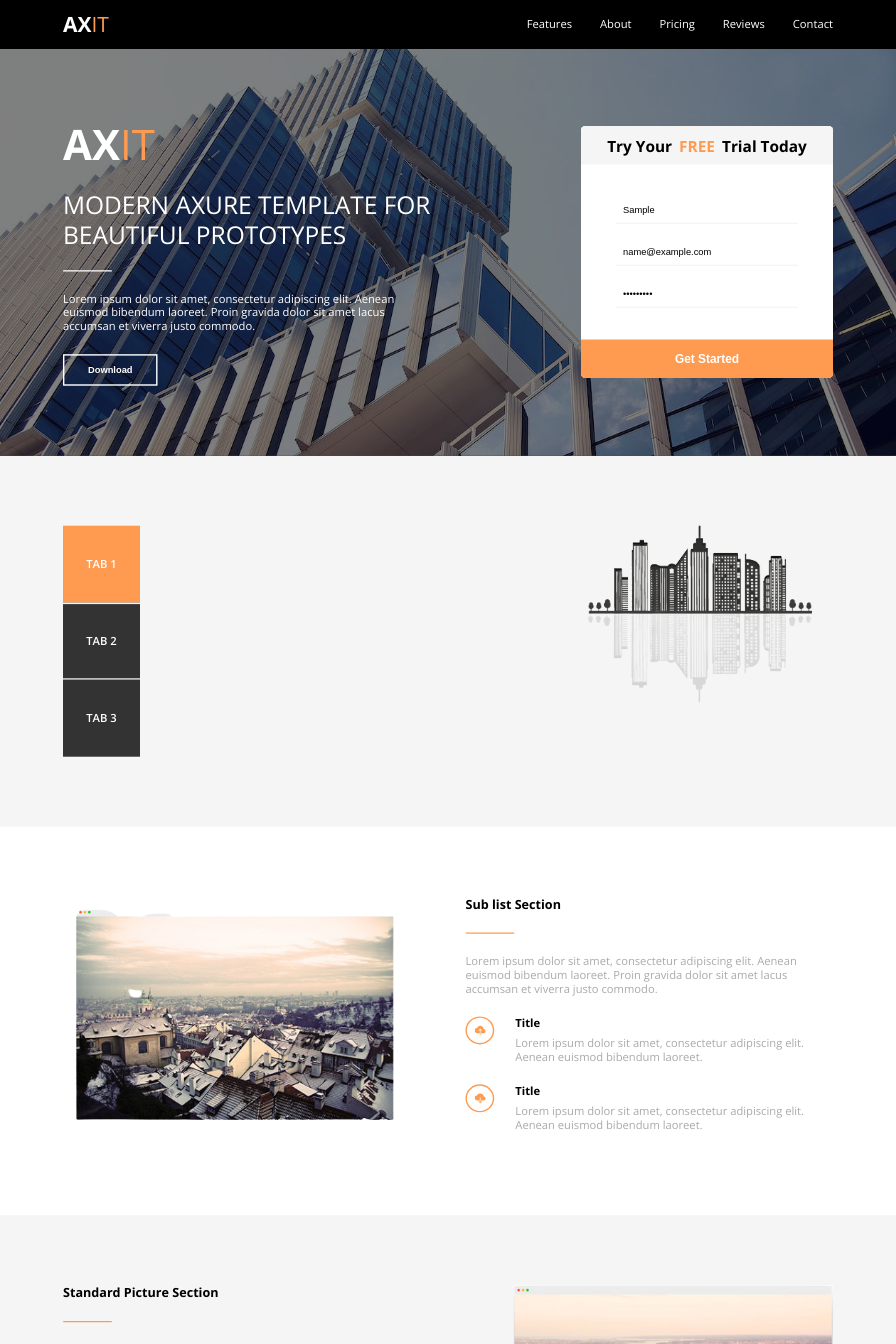
Repository: dinhtri123/axureThems
Page: index.html
An editor plug-in stored every save of this project. The page is shown before and after the next save, followed by the edit.
The browser window is 1280 px wide. The pictures show the part of the page from y = 0 to 1920 px (the page is 3894 px tall), at 70% of full size.
Empty fields were first filled with sample values (such as "Sample", 5 or name@example.com).
After loading, the first visible `span.tabs` was clicked once.

Above is the page before, as saved 2023-02-11 17:43:38.
Console error: TypeError: Cannot read properties of undefined (reading 'style')

### index.html
<!DOCTYPE html>
<html lang="en">
  <head>
    <meta charset="UTF-8" />
    <meta http-equiv="X-UA-Compatible" content="IE=edge" />
    <meta name="viewport" content="width=device-width, initial-scale=1.0" />
    <title>Axure Themes</title>
    <script
      type="module"
      src="https://unpkg.com/ionicons@5.5.2/dist/ionicons/ionicons.esm.js"
    ></script>
    <script
      nomodule
      src="https://unpkg.com/ionicons@5.5.2/dist/ionicons/ionicons.js"
    ></script>
    <link rel="stylesheet" href="style.css" />
  </head>
  <body>
    <header>
      <div class="container headerMain">
        <a href="index.html" class="logo">
          <span>AX</span>
          <span>IT</span>
        </a>
        <nav>
          <ul>
            <li><a href="#">Features</a></li>
            <li><a href="#">About</a></li>
            <li><a href="#">Pricing</a></li>
            <li><a href="#">Reviews</a></li>
            <li><a href="#">Contact</a></li>
          </ul>
        </nav>
      </div>
    </header>
    <div class="banner">
      <div class="imageBanner">
        <img src="./image/banner.jpeg" alt="" />
      </div>
      <div class="container bannerMain">
        <div class="bannerLeft">
          <a href="index.html" class="logo logoBanner">
            <span>AX</span>
            <span>IT</span>
          </a>
          <h3>MODERN AXURE TEMPLATE FOR BEAUTIFUL PROTOTYPES</h3>
          <span class="line"></span>
          <p>
            Lorem ipsum dolor sit amet, consectetur adipiscing elit. Aenean
            euismod bibendum laoreet. Proin gravida dolor sit amet lacus
            accumsan et viverra justo commodo.
          </p>
          <button class="btn">Download</button>
        </div>
        <div class="bannerRight">
          <form autocomplete="off" class="formBanner">
            <h3>Try Your <span>FREE</span> Trial Today</h3>
            <div class="inputForm">
              <input type="text" name="name" id="name" placeholder="Name" />
              <input type="email" name="email" id="email" placeholder="Email" />
              <input
                type="password"
                name="password"
                id="password"
                placeholder="Password"
              />
            </div>
            <button class="btnForm">Get Started</button>
          </form>
        </div>
      </div>
    </div>
    <main>
      <div class="mainTabs">
        <div class="container mainTabsContent">
          <div class="tabsLeft">
            <div class="tabsNumber">
              <span class="tabs active" onclick="showTab('tab1')">TAB 1</span>
              <span class="tabs" onclick="showTab('tab2')">TAB 2</span>
              <span class="tabs" onclick="showTab('tab3')">TAB 3</span>
            </div>
            <div class="tabsContent" id="tab1">
              <h3>Tabs with soft transitioning effect.</h3>
              <p>
                Lorem ipsum dolor sit amet, consectetur adipiscing elit. Aenean
                euismod bibendum laoreet. Proin gravida dolor sit amet lacus
                accumsan et viverra justo commodo. Proin sodales pulvinar
                tempor. Cum sociis natoque penatibus et magnis dis parturient
                montes.
              </p>
              <p>
                Lorem ipsum dolor sit amet, consectetur adipiscing elit. Aenean
                euismod bibendum laoreet.
              </p>
              <button class="btn btnTabs">Download</button>
            </div>
            <div class="tabsContent" id="tab2">
                <h3>Tabs 2 with soft transitioning effect.</h3>
                <p>
                  Lorem ipsum dolor sit amet, consectetur adipiscing elit. Aenean
                  euismod bibendum laoreet. Proin gravida dolor sit amet lacus
                  accumsan et viverra justo commodo. Proin sodales pulvinar
                  tempor. Cum sociis natoque penatibus et magnis dis parturient
                  montes.
                </p>
                <p>
                  Lorem ipsum dolor sit amet, consectetur adipiscing elit. Aenean
                  euismod bibendum laoreet.
                </p>
                <button class="btn btnTabs">Download</button>
              </div>
              <div class="tabsContent" id="tab3">
                <h3>Tabs 3 with soft transitioning effect.</h3>
                <p>
                  Lorem ipsum dolor sit amet, consectetur adipiscing elit. Aenean
                  euismod bibendum laoreet. Proin gravida dolor sit amet lacus
                  accumsan et viverra justo commodo. Proin sodales pulvinar
                  tempor. Cum sociis natoque penatibus et magnis dis parturient
                  montes.
                </p>
                <p>
                  Lorem ipsum dolor sit amet, consectetur adipiscing elit. Aenean
                  euismod bibendum laoreet.
                </p>
                <button class="btn btnTabs">Download</button>
              </div>
          </div>
          <div class="tabsRight">
            <img src="./image/img.png" alt="" />
          </div>
        </div>
      </div>
      <div class="mainSublist">
        <div class="container sublistMain">
          <div class="subLeft">
            <img src="./image/img2.png" alt="" />
          </div>
          <div class="subRight">
            <h3>Sub list Section</h3>
            <span class="line lineSub"></span>
            <p>
              Lorem ipsum dolor sit amet, consectetur adipiscing elit. Aenean
              euismod bibendum laoreet. Proin gravida dolor sit amet lacus
              accumsan et viverra justo commodo.
            </p>
            <div class="subDesc">
              <div class="icon">
                <ion-icon name="cloud-upload"></ion-icon>
              </div>
              <div class="subDescItem">
                <h4>Title</h4>
                <p>
                  Lorem ipsum dolor sit amet, consectetur adipiscing elit.
                  Aenean euismod bibendum laoreet.
                </p>
              </div>
            </div>
            <div class="subDesc">
              <div class="icon">
                <ion-icon name="cloud-download"></ion-icon>
              </div>
              <div class="subDescItem">
                <h4>Title</h4>
                <p>
                  Lorem ipsum dolor sit amet, consectetur adipiscing elit.
                  Aenean euismod bibendum laoreet.
                </p>
              </div>
            </div>
          </div>
        </div>
      </div>
      <div class="mainSection">
        <div class="container sectionContent">
          <div class="sectionLeft">
            <h3>Standard Picture Section</h3>
            <span class="line sectionLine"></span>
            <p>
              Lorem ipsum dolor sit amet, consectetur adipiscing elit. Aenean
              euismod bibendum laoreet. Proin gravida dolor sit amet lacus
              accumsan et viverra justo commodo. Proin sodales pulvinar tempor.
              Cum sociis natoque penatibus et magnis dis parturient montes.
            </p>
            <p>
              Lorem ipsum dolor sit amet, consectetur adipiscing elit. Aenean
              euismod bibendum laoreet.
            </p>
          </div>
          <div class="sectionRight">
            <img src="./image/img4.jpg" alt="" />
          </div>
        </div>
      </div>
      <div class="mainAwesome">
        <div class="container awesomeContent">
          <h2>WHY THIS IS AWESOME</h2>
          <span class="line lineSub"></span>
          <p>Lorem ipsum dolor sit amet, consectetur adipiscing elit.</p>
          <div class="awesomeItems">
            <div class="awesomeCard">
              <div class="icon iconAwesome">
                <ion-icon name="sunny"></ion-icon>
              </div>
              <h3>Thoughtfull Design</h3>
              <p>
                Lorem ipsum dolor sit amet, consectetur adipiscing elit. Aenean
                euismod bibendum laoreet. Proin gravida dolor sit amet lacus
                accumsan et viverra.
              </p>
            </div>
            <div class="awesomeCard">
              <div class="icon iconAwesome">
                <ion-icon name="radio"></ion-icon>
              </div>
              <h3>Well Carfted</h3>
              <p>
                Lorem ipsum dolor sit amet, consectetur adipiscing elit. Aenean
                euismod bibendum laoreet. Proin gravida dolor sit amet lacus
                accumsan et viverra.
              </p>
            </div>
            <div class="awesomeCard">
              <div class="icon iconAwesome">
                <ion-icon name="flash"></ion-icon>
              </div>
              <h3>Easy to Customer</h3>
              <p>
                Lorem ipsum dolor sit amet, consectetur adipiscing elit. Aenean
                euismod bibendum laoreet. Proin gravida dolor sit amet lacus
                accumsan et viverra.
              </p>
            </div>
          </div>
        </div>
      </div>
      <div class="mainStylish">
        <div class="stylishBanner">
          <img src="./image/banner12.jpeg" alt="" />
        </div>
        <div class="container stylishContent">
          <h2 class="stylishTitle">STYLISH AXURE DESIGN</h2>
          <span class="line"></span>
          <p>Use the sections you need, remove the ones you don't.  Create gorgeous prototypes faster than ever!</p>
          <button class="btn">Download</button>
        </div>
      </div>
      <div class="mainContact">
        <div class="container contactContent">
            <h2>CONTACT US</h2>
            <span class="line lineSub"></span>
            <p>Lorem ipsum dolor sit amet, consectetur adipiscing elit.</p>
            <div class="contactForm">
                <div class="contactLeft">

                    <input type="text" name="name" id="name" placeholder="Name" />
                  <input type="email" name="email" id="email" placeholder="Email" />
                  <input
                    type="text"
                    name="subject"
                    id="subject"
                    placeholder="Subject"
                  />
                </div>
                <div class="contactRight">
                    <textarea name="message" id="message" placeholder="Message"></textarea>
                </div>
            </div>
            <button class="btn btnContact">Send Message</button>
        </div>
      </div>
    </main>
    <footer>
            <div class="container footerMain">
                <div class="iconSocial">
                <ion-icon name="logo-facebook"></ion-icon>
                <ion-icon name="logo-twitter"></ion-icon>
                <ion-icon name="logo-google"></ion-icon>
                <ion-icon name="logo-pinterest"></ion-icon>
                <ion-icon name="logo-instagram"></ion-icon>
                <ion-icon name="logo-rss"></ion-icon>
                </div>
                <p>@2021 Axure Themes</p>
            </div>
    </footer>
  </body>
  <script src="./index.js"></script>
</html>

### style.css
@import url("https://fonts.googleapis.com/css2?family=Open+Sans:wght@400;500;600;700&display=swap");
* {
  margin: 0;
  padding: 0;
  box-sizing: border-box;
  scroll-behavior: smooth;
}
:root {
  --bg-black: #000;
  --bg-white: #fff;
  --bg-orange: #ff9b51;
  --bg-light: #f5f5f5;
  --bg-gray: #dfdfdf;
  --bg-text: #a9aaac;
}
body {
  font-family: "Open Sans", sans-serif;
  font-weight: 400;
  font-size: 16px;
  line-height: 1.2;
  width: 100%;
  max-height: 100vh;
  height: 100%;
  color: var(--bg-white);
}
button,
a,
input {
  cursor: pointer;
  text-decoration: none;
  border: none;
  outline: none;
}
.container {
  max-width: 1100px;
  width: 100%;
  height: 100%;
  margin: 0px auto;
}

header {
  width: 100%;
  height: 70px;
  background: var(--bg-black);
}
.headerMain {
  display: flex;
  justify-content: space-between;
  align-items: center;
}
.logo {
  display: flex;
  text-decoration: none;
  font-size: 30px;
}
.logo span:first-child {
  font-weight: 700;
  color: var(--bg-white);
}
.logo span:last-child {
  font-weight: 400;
  color: var(--bg-orange);
}
nav ul {
  display: flex;
  align-items: center;
  gap: 40px;
  list-style: none;
}
nav ul li a {
  text-decoration: none;
  color: var(--bg-white);
}

/* --------------------- */

/* --------BANNER------------ */

.banner {
  width: 100%;
  background: var(--bg-black);
  position: relative;
}
.imageBanner {
  position: absolute;
  inset: 0;
  width: 100%;
  height: 100%;
  z-index: 0;
  filter: brightness(0.5);
}
.imageBanner img {
  width: 100%;
  height: 100%;
  object-fit: cover;
}
.bannerMain {
  padding: 100px 0px;
  display: grid;
  grid-template-columns: repeat(2, 1fr);
  gap: 50px;
  z-index: 10;
  isolation: isolate;
}
.bannerLeft {
  display: flex;
  flex-direction: column;
  gap: 30px;
}
.bannerRight {
  display: flex;
  justify-content: end;
  align-items: center;
}

.logoBanner {
  font-size: 60px;
}
.bannerLeft > h3 {
  font-size: 35px;
  font-weight: 300;
}
.line {
  width: 70px;
  height: 2px;
  background-color: var(--bg-white);
  border-radius: 8px;
}

.btn {
  width: 135px;
  height: 45px;
  border: 2px solid var(--bg-white);
  display: flex;
  justify-content: center;
  align-items: center;
  font-weight: 600;
  background: transparent;
  color: var(--bg-white);
}

.formBanner {
  width: 360px;
  height: 360px;
  border-radius: 6px;
  background: var(--bg-white);
  display: flex;
  flex-direction: column;
  justify-content: space-between;
  align-items: center;
  overflow: hidden;
}
.formBanner > h3 {
  width: 100%;
  height: 55px;
  font-size: 22px;
  color: var(--bg-black);
  font-weight: 700;
  background: var(--bg-light);
  display: flex;
  justify-content: center;
  align-items: center;
}
.formBanner > h3 > span {
  color: var(--bg-orange);
  padding: 0px 10px;
}
.inputForm {
  width: 100%;
  height: 250px;
  padding: 0px 50px;
  display: flex;
  flex-direction: column;
  justify-content: center;
  gap: 20px;
}
input {
  border: none;
  border-bottom: 2px solid var(--bg-light);
  padding: 0px 10px;
  width: 100%;
  height: 40px;
  outline: none;
}
input::placeholder {
  color: var(--bg-text);
}
.btnForm {
  width: 100%;
  height: 55px;
  background: var(--bg-orange);
  display: flex;
  justify-content: center;
  align-items: center;
  font-weight: 600;
  color: var(--bg-white);
  border: none;
  outline: none;
  font-size: 17px;
}
/* -------------------------- */

/* -----main------- */

.mainTabs {
  width: 100%;
  background: var(--bg-light);
}

.mainTabsContent {
  width: 100%;
  padding: 100px 0px;
  color: var(--bg-black);
  display: grid;
  grid-template-columns: 2fr 1fr;
  gap: 50px;
}
.tabsLeft {
  display: flex;
  gap: 80px;
}

.tabsNumber {
  display: flex;
  flex-direction: column;
}
.tabsNumber .tabs {
  width: 110px;
  height: 110px;
  display: flex;
  justify-content: center;
  align-items: center;
  color: var(--bg-white);
  background: #333333;
  cursor: pointer;
  font-weight: 600;
}
.tabsNumber span:nth-child(2) {
  border-top: 2px solid var(--bg-light);
  border-bottom: 2px solid var(--bg-light);
}
.tabs.active {
  background-color: var(--bg-orange);
}
.tabsContent {
  display: flex;
  gap: 30px;
  flex-direction: column;
}

.tabsContent p {
  color: var(--bg-text);
}
.btnTabs {
  background: var(--bg-orange);
  border: none;
  border-radius: 6px;
}
.lineSub {
  background: var(--bg-orange);
}

.sublistMain {
  width: 100%;
  padding: 100px 0px;
  display: grid;
  grid-template-columns: 1fr 1fr;
  gap: 50px;
}

.subRight {
  display: flex;
  flex-direction: column;
  gap: 30px;
  color: var(--bg-black);
}
h3 {
  font-size: 18px;
}
.subRight p {
  color: var(--bg-text);
}

.subDesc {
  display: flex;
  gap: 30px;
}
.icon {
  width: 60px;
  height: 40px;
  border: 2px solid var(--bg-orange);
  display: flex;
  justify-content: center;
  align-items: center;
  color: var(--bg-orange);
  border-radius: 50%;
}
.subDescItem {
  display: flex;
  flex-direction: column;
  gap: 10px;
}
.subDescItem > p {
  color: var(--bg-text);
}

.mainSection {
  width: 100%;
  background: var(--bg-light);
}
.sectionContent {
  width: 100%;
  padding: 100px 0px;
  display: grid;
  grid-template-columns: 1fr 1fr;
  gap: 50px;
}
.sectionLeft {
  display: flex;
  flex-direction: column;
  gap: 30px;
  color: var(--bg-black);
}
.sectionLine {
  background-color: var(--bg-orange);
}
.sectionLeft p {
  color: var(--bg-text);
}
.sectionRight {
  display: flex;
  justify-content: end;
}

.awesomeContent {
  width: 100%;
  padding: 100px 0px;
  display: flex;
  flex-direction: column;
  align-items: center;
  gap: 30px;
  color: var(--bg-black);
}
h2 {
  font-size: 40px;
  font-weight: 400;
}
.awesomeContent p {
  color: var(--bg-text);
  text-align: center;
}
.iconAwesome {
  width: 70px;
  height: 70px;
  font-size: 25px;
}
.awesomeItems {
  display: grid;
  grid-template-columns: repeat(3, 1fr);
  gap: 40px;
  margin-top: 20px;
}
.awesomeCard {
  display: flex;
  flex-direction: column;
  gap: 30px;
  align-items: center;
}

.mainStylish {
  position: relative;
  width: 100%;
}
.stylishBanner {
  position: absolute;
  inset: 0;
  width: 100%;
  height: 100%;
  filter: brightness(0.5);
  z-index: -1;
}
.stylishBanner img {
  width: 100%;
  height: 100%;
  object-fit: cover;
}
.stylishContent {
  display: flex;
  flex-direction: column;
  gap: 30px;
  align-items: center;
  padding: 80px 0px;
}
.stylishTitle {
  color: var(--bg-white);
}
.stylishContent p {
  color: var(--bg-text);
}

.contactContent {
  width: 100%;
  padding: 100px 0px;
  display: flex;
  flex-direction: column;
  gap: 30px;
  align-items: center;
}

.contactContent p {
  color: var(--bg-text);
}
.contactForm {
  width: 100%;
  display: grid;
  grid-template-columns: 1fr 1fr;
  gap: 50px;
}
.contactLeft {
  display: flex;
  flex-direction: column;
  gap: 20px;
}
.contactContent h2 {
  color: var(--bg-black);
}

textarea {
  width: 100%;
  height: 100%;

  border: none;
  outline: none;
  border-bottom: 2px solid var(--bg-light);
  padding: 5px 10px;
}
textarea::placeholder {
  font-size: 16px;
  color: var(--bg-text);
}
.btnContact {
  background: var(--bg-orange);
  font-weight: 500;
  border-radius: 6px;
  margin: auto;
}

/* ---------- */

footer {
  width: 100%;
  background: var(--bg-black);
}
.footerMain {
  padding: 20px 0px;
  display: flex;
  flex-direction: column;
  align-items: center;
  gap: 10px;
}
.iconSocial {
  display: flex;
  gap: 20px;
  align-items: center;
  color: var(--bg-text);
  font-size: 20px;
  cursor: pointer;
}
footer p {
  font-size: 14px;
  color: var(--bg-text);
}

#tab2, #tab3 {
  display: none;
}
#tab1 {
  display: flex;
}

### index.js


const tabs = document.querySelectorAll(".tabs");
const tabsContent = document.querySelectorAll(".tabsContent");
function showTab(content) {
  console.log(tabsContent)
  for (let i = 0; tabsContent.length; i++) {
    tabsContent[i].style.display = "none";
  }
  for (let i = 0; i < tabs.length; i++) {
    tabs[i].className = tabs[i].className.replace("active", " ");
  }
  document.getElementById(content).style.display = "flex";
    // e.currentTarget.className += " active";
}

After the next save:
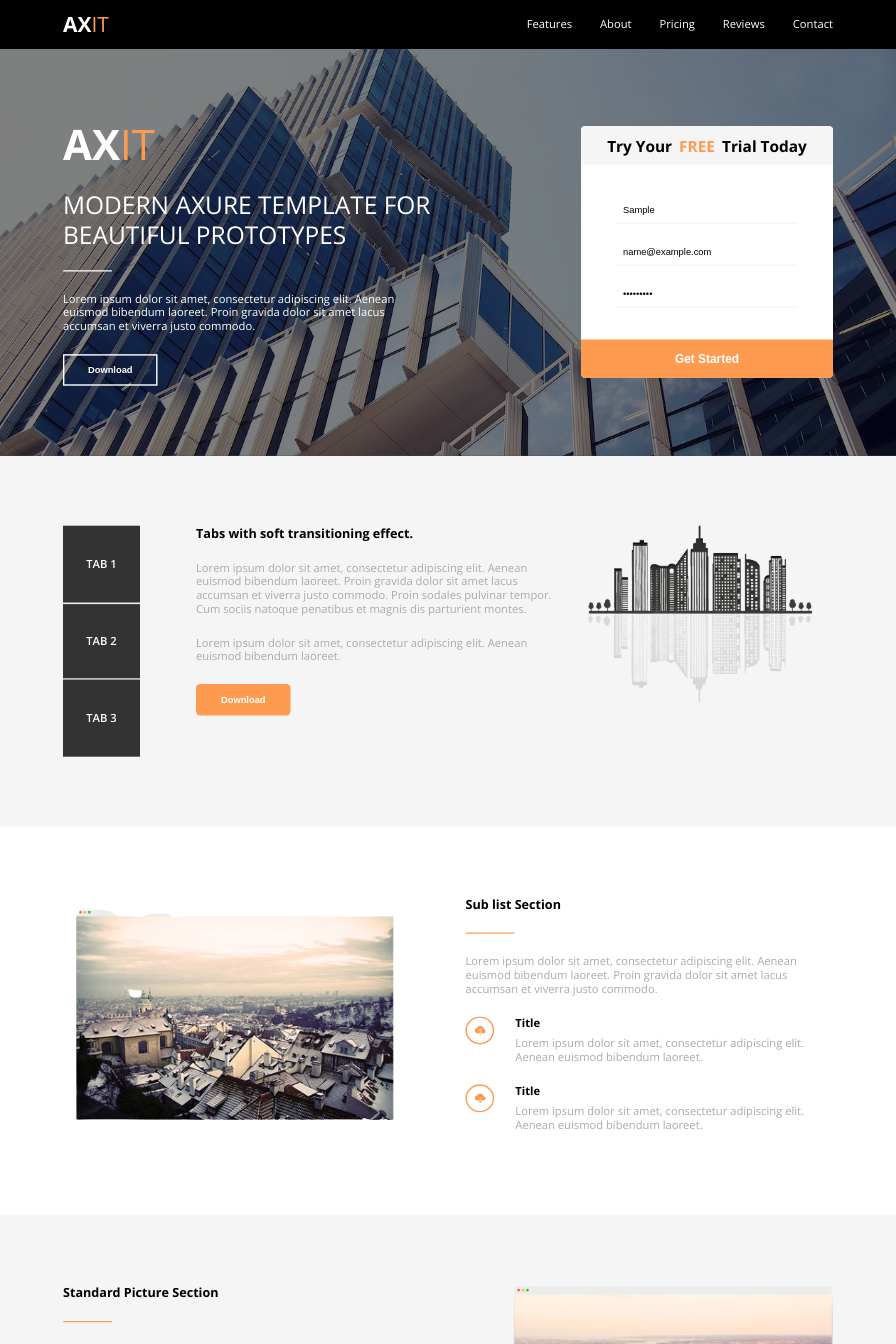
The error is gone.
Saved 4 s later.
--- a/index.js
+++ b/index.js
@@ -4,7 +4,7 @@ const tabs = document.querySelectorAll(".tabs");
 const tabsContent = document.querySelectorAll(".tabsContent");
 function showTab(content) {
   console.log(tabsContent)
-  for (let i = 0; tabsContent.length; i++) {
+  for (let i = 0;i < tabsContent.length; i++) {
     tabsContent[i].style.display = "none";
   }
   for (let i = 0; i < tabs.length; i++) {
